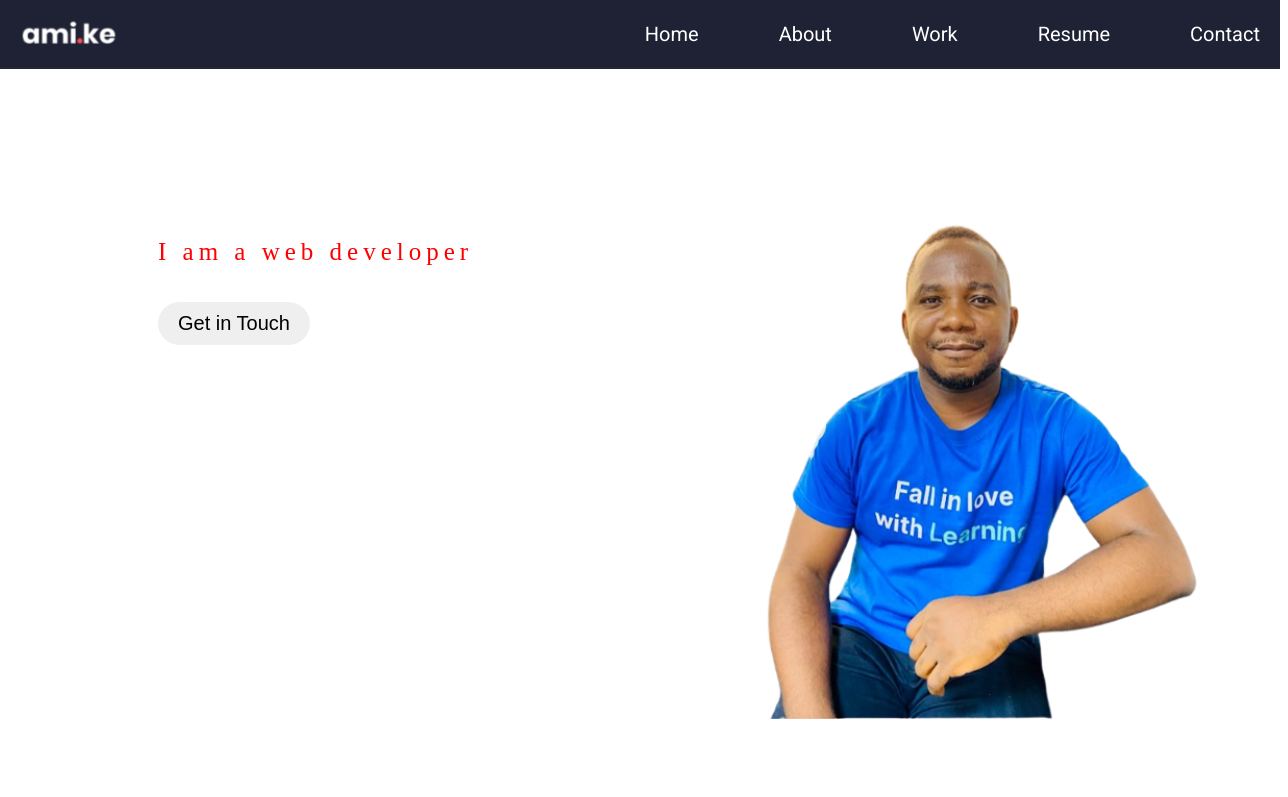
Repository: imokha01/HTML
Page: index.html
These files come from the project's save history. The page is drawn as it stood at one moment and after a run of saves; the edit follows.
The browser window is 1280 px wide. The page is 1288 px wide, so the pictures cover 1288 px, including what lies to the right of the window. The pictures show the whole page.

Above is the page before, as saved 2023-11-28 00:01:51.

After the next 3 saves:
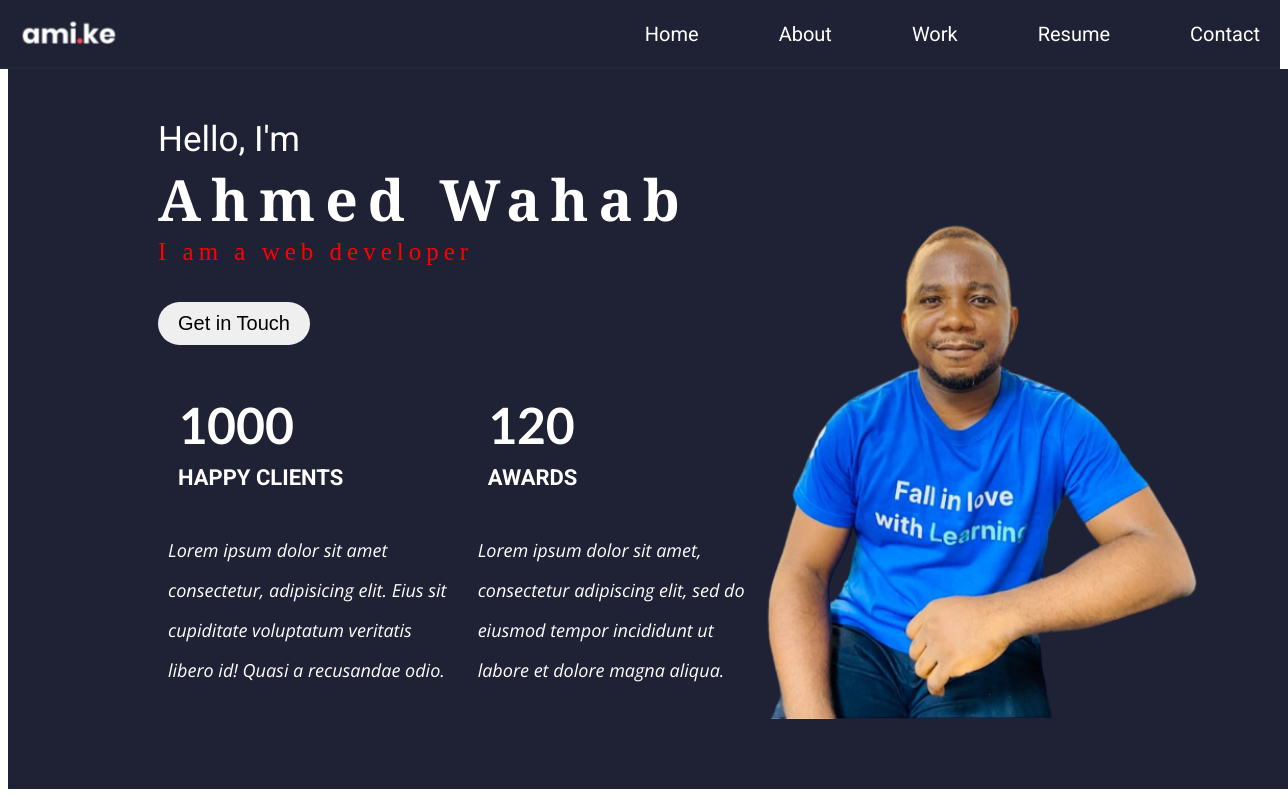
The 3 saves are shown as one change because they came seconds apart.
The last was saved 9 s later.
--- a/index.css
+++ b/index.css
@@ -70,7 +70,7 @@ li > a {
   display: flex;
   flex-direction: row;
   justify-content: flex-start;
-  align-items: ;flex
+  align-items: flex-start;
   background-color: #1f2235;
   height: 100vh;
   margin-top: 69px;
